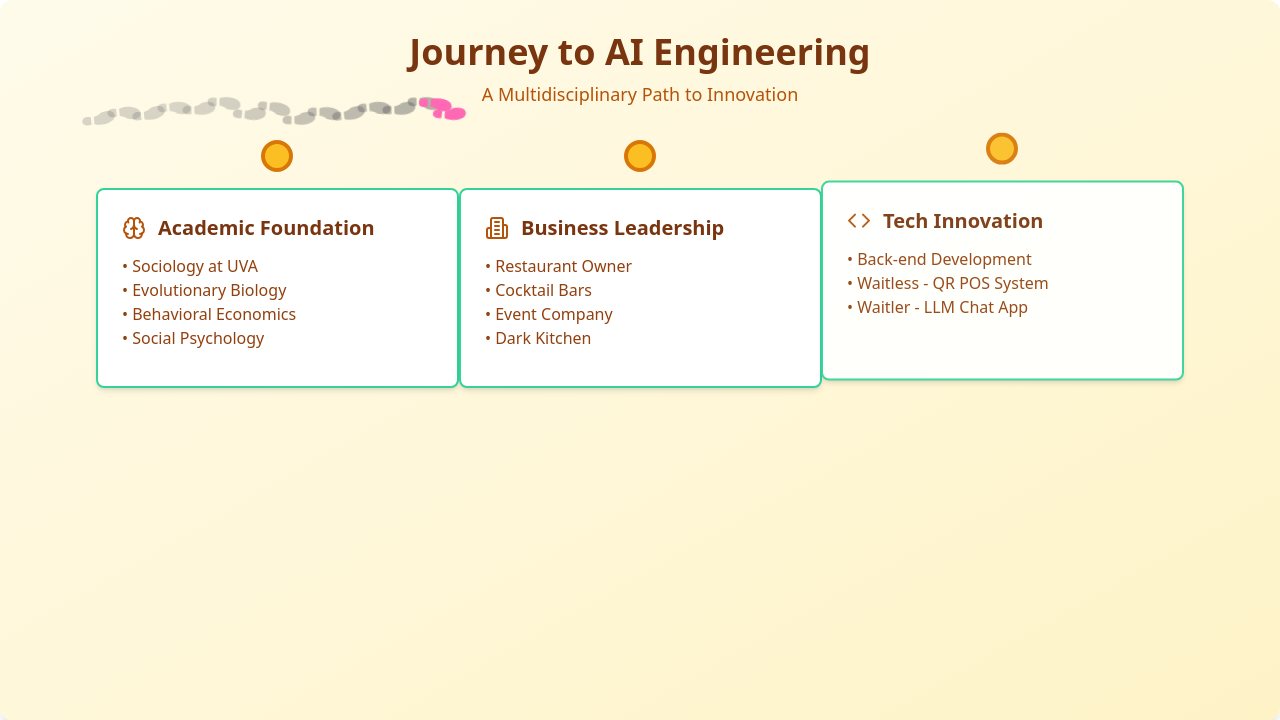
Repository: Galbaz1/dell_presentation
Page: /
An editor plug-in stored every save of this project. The page is shown before and after the next save, followed by the edit.
The browser window is 1280 px wide. The pictures show the whole page.
The project was rebuilt for these pictures with package versions that can differ from the ones it lists, and the page was loaded fresh each time. The framework's server and built-in components were replaced by stand-ins that run in the browser.

Above is the page before, as saved 2024-11-11 13:38:49.

After the next save:
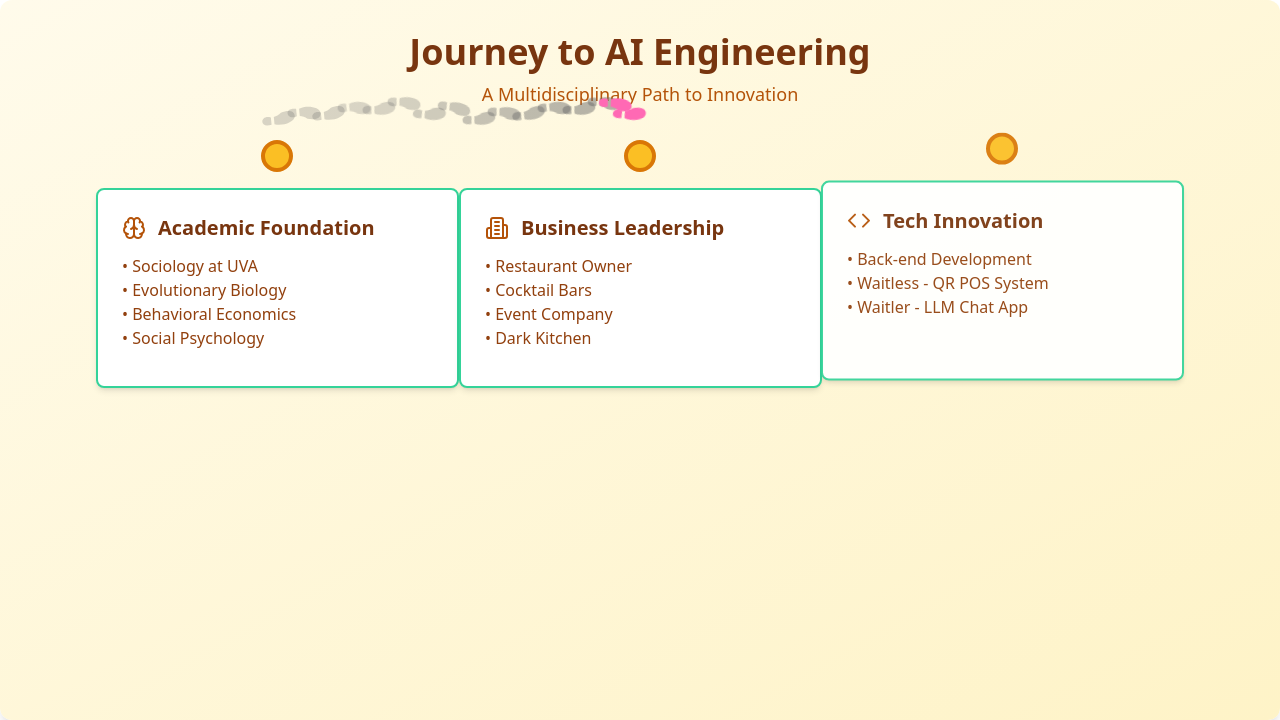
Saved 61 s later.
--- a/components/FootstepsAnimation.tsx
+++ b/components/FootstepsAnimation.tsx
@@ -46,23 +46,23 @@ const FootstepsAnimation: React.FC = () => {
     // River-like flowing path with gentle curves
     const flowingPath = [
       // Start at first orange circle (Academic Foundation)
-      { x: 100, y: 100 },    // Starting at first circle (moved left)
-      { x: 150, y: 95 },     // Gentle curve up
-      { x: 200, y: 90 },     // Peak
-      { x: 250, y: 95 },     // Coming down
-      { x: 300, y: 100 },    // Level out
+      { x: 280, y: 100 },    // Starting at first circle
+      { x: 330, y: 95 },     // Gentle curve up
+      { x: 380, y: 90 },     // Peak
+      { x: 430, y: 95 },     // Coming down
+      { x: 480, y: 100 },    // Level out
 
       // To second circle (Business Leadership)
-      { x: 350, y: 95 },     // Start rise
-      { x: 400, y: 90 },     // Peak
-      { x: 450, y: 95 },     // Coming down
-      { x: 500, y: 100 },    // Second circle position
+      { x: 530, y: 95 },     // Start rise
+      { x: 580, y: 90 },     // Peak
+      { x: 630, y: 95 },     // Coming down
+      { x: 680, y: 100 },    // Second circle position
 
       // To third circle (Tech Innovation)
-      { x: 550, y: 95 },     // Start final rise
-      { x: 600, y: 90 },     // Peak
-      { x: 650, y: 95 },     // Coming down
-      { x: 700, y: 100 },    // Final circle position
+      { x: 730, y: 95 },     // Final curve begins
+      { x: 780, y: 90 },     // Last gentle rise
+      { x: 830, y: 95 },     // Approaching end
+      { x: 880, y: 100 },    // End at third circle
     ];
 
     const createGhostTrail = (
